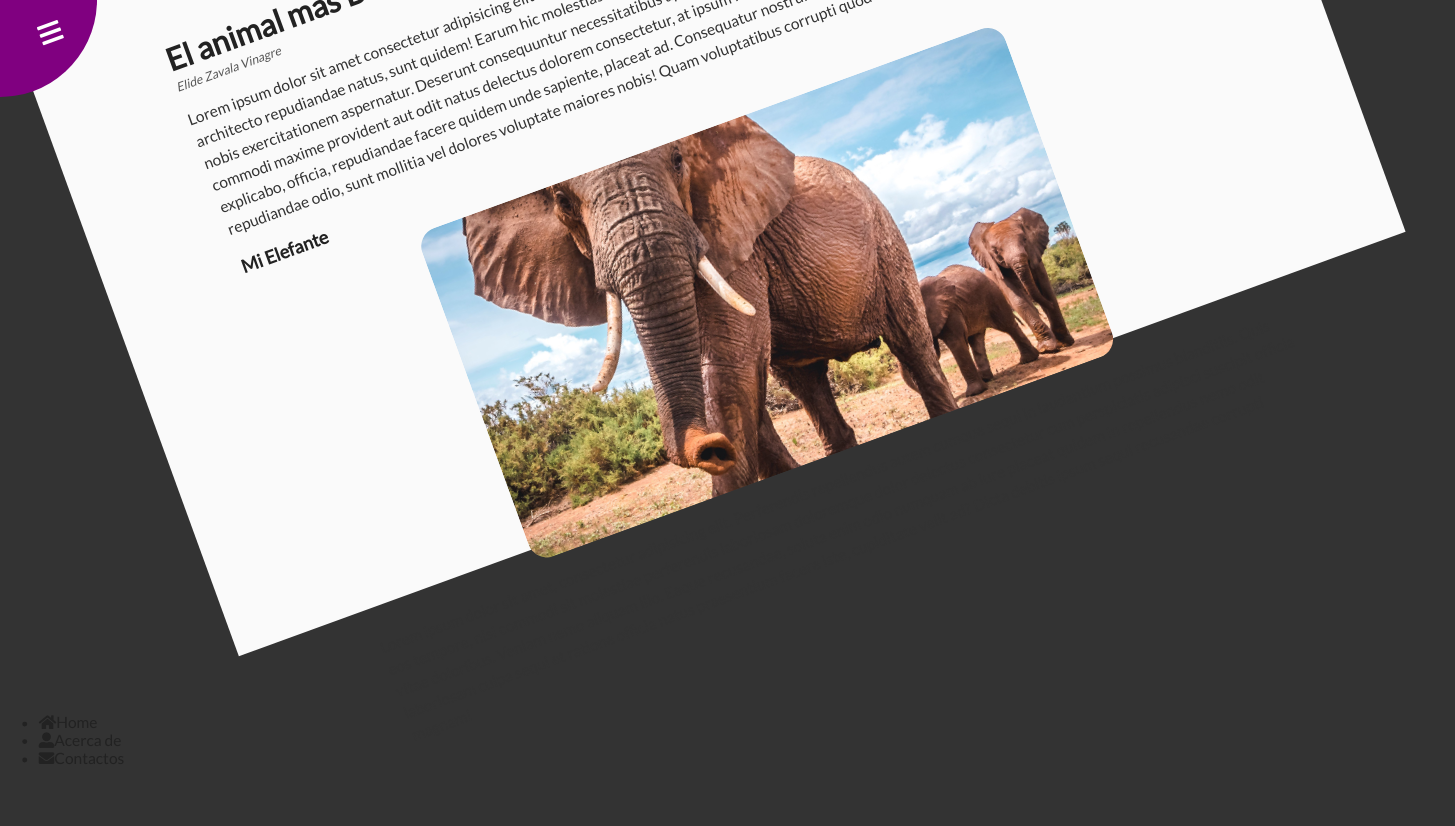
Repository: ElideZavala/Navagacion-en-rotacion
Page: index.html
These files come from the project's save history. The page is drawn as it stood at one moment and after the next save; the edit follows.
The browser window is 1280 px wide. The page is 1500 px wide, so the pictures cover 1500 px, including what lies to the right of the window. The pictures show the whole page, at 97% of full size.

Above is the page before, as saved 2021-05-29 09:47:22.

### index.html
<!DOCTYPE html>
<html lang="en">
<head>
	<meta charset="UTF-8">
	<meta http-equiv="X-UA-Compatible" content="IE=edge">
	<meta name="viewport" content="width=device-width, initial-scale=1.0">
	<link rel="stylesheet" href="https://cdnjs.cloudflare.com/ajax/libs/font-awesome/5.15.3/css/all.min.css" integrity="sha512-iBBXm8fW90+nuLcSKlbmrPcLa0OT92xO1BIsZ+ywDWZCvqsWgccV3gFoRBv0z+8dLJgyAHIhR35VZc2oM/gI1w==" crossorigin="anonymous" referrerpolicy="no-referrer" />
	<link rel="stylesheet" href="style.css">
	<link rel="stylesheet" href="normalize.css">
	<title>Navegación Giratoria</title>
</head>
<body>
	<div class="container show-nav">
		<div class="circle-container">
			<div class="circle">
				<button id="close">
					<i class="fas fa-times"></i>
				</button>
				<button id="open">
					<i class="fas fa-bars"></i>
				</button>
			</div>
		</div>

		<div class="content">
			<h1 class="title">El animal mas Bello del planeta Tierra</h1>
			<small>Elide Zavala Vinagre</small>
			<p>Lorem ipsum dolor sit amet consectetur adipisicing elit. Sapiente, numquam assumenda delectus quia aut totam error mollitia dolorem eaque, architecto repudiandae natus, sunt quidem! Earum hic molestias debitis accusamus, facere, reiciendis tempore, amet qui numquam commodi nobis exercitationem aspernatur. Deserunt consequuntur necessitatibus aperiam voluptate veniam reiciendis laudantium odio ullam non rerum commodi maxime provident aut odit natus delectus dolorem consectetur, at ipsum fuga eum eius? Repellat numquam dignissimos error explicabo, officia, repudiandae facere quidem unde sapiente, placeat ad. Consequatur nostrum temporibus culpa repellat, vero optio at repudiandae odio, sunt mollitia vel dolores voluptate maiores nobis! Quam voluptatibus corrupti quod excepturi!</p>

			<h3 class="title">Mi Elefante</h3>
			<img class="img" src="./Elefante.jpg" alt="Elefante">
			<p>Lorem ipsum dolor sit amet, consectetur adipisicing elit. Perferendis repellendus autem cumque sequi in laudantium possimus blanditiis. Quis eos tempore, nisi commodi sit molestiae perferendis laboriosam doloremque dolor delectus consectetur cum perspiciatis adipisci suscipit officia vitae doloribus. Veniam nemo aliquam illo. Eaque recusandae, soluta enim odio numquam ab iure placeat quidem in repellendus nemo odit laboriosam culpa sequi et ratione officia natus praesentium facere iste, cupiditate velit ad? Dicta debitis ipsum sequi recusandae corrupti magnam!</p>
		</div>
	</div>

	<nav>
		<ul>
			<li><i class="fas fa-home"></i>Home</li>
			<li><i class="fas fa-user-alt"></i>Acerca de</li>
			<li><i class="fas fa-envelope"></i>Contactos</li>
		</ul>
	</nav>



	<script src="./script.js"></script>
</body>
</html>

### style.css
@import url('https://fonts.googleapis.com/css?family=Lato&display=swap');

* {
	box-sizing: border-box;
}

body {
	font-family: 'Lato', sans-serif;
	background-color: #333;
	color: #222;
	overflow: hidden;
	margin: 0;
}

.container {
	background-color: #fafafa;
	transform-origin: top left;
	transition: transform 0.5s linear;
	width: 100vw;
	height: 100vh;
	padding: 50px;
}

.container.show-nav {
	transform: rotate(-20deg);
}

.img{
	width: 50vw;
	height: 50vh;
	display: flex;
	border-radius: 20px;
	object-fit: cover;
	margin: auto;
}

.circle-container {
	position: fixed;
	top: -100px;
	left: -100px;
}

.circle {
	background-color: purple;
	height: 200px;
	width: 200px;
	border-radius: 50%;
	position: relative;
	transition: transform 0.5s linear;
}

.circle button {
	cursor: pointer;
	position: absolute;
	top: 50%;
	left: 50%;
	height: 100px;
	background: transparent;
	border: 0;
	font-size: 26px;
	color: #fff;
}

.circle button:focus {
	outline: none;
}

.circle button#open {
	left: 60%;
}

.circle button#close {
	top: 60%;
	transform: rotate(90deg);
	transform-origin: top left;
	cursor: pointer;
}

.content {
	max-width: 1000px;
	margin: 50px auto;
}

.content h1 {
	margin: 0;
}

.content small {
	color: #555;
	font-style: italic;
}

.content p {
	color: #333;
	line-height: 1.5;
}

Loaded but not shown: normalize.css (library); script.js (no stored copy; drawn as an empty file)

After the next save:
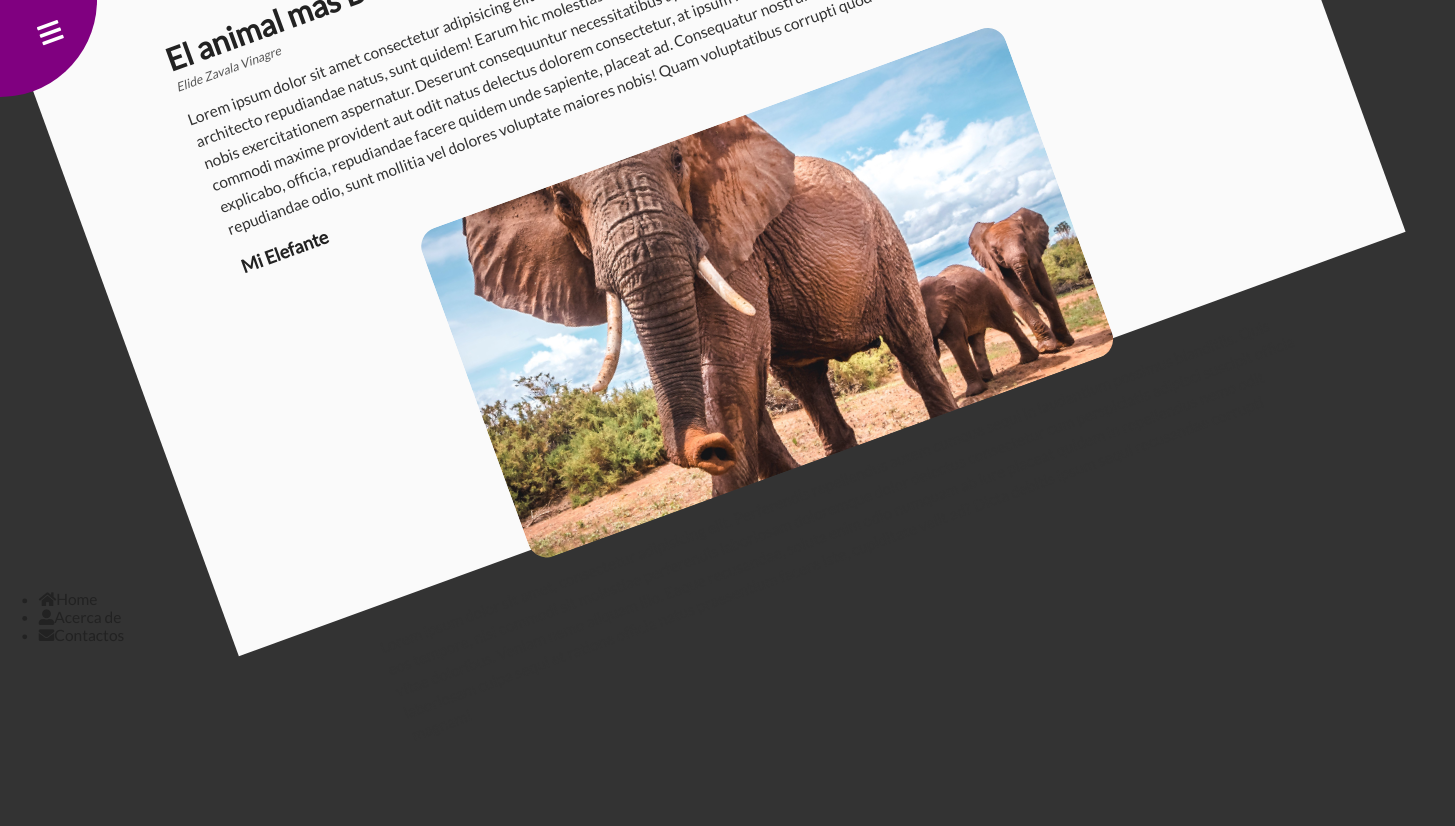
Saved 2 min 38 s later.
--- a/style.css
+++ b/style.css
@@ -76,6 +76,12 @@ body {
 	cursor: pointer;
 }
 
+nav {
+	position: fixed;
+	bottom: 40px;
+	left: 0;
+}
+
 .content {
 	max-width: 1000px;
 	margin: 50px auto;
